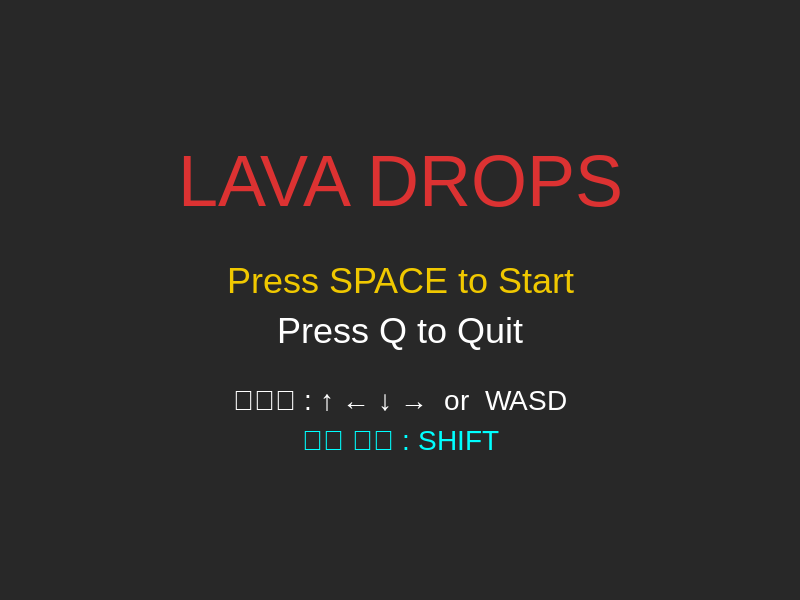
Repository: oyoeys/20260188
Script's output: python lavadrops.py
The author's editor kept a copy of each file at every save. The script's output is drawn from the files as they stood at one save, then again after the next save.
The window is shown after at most 60 frames with no key pressed. A system font it names is replaced by a similar one. Random numbers start from a fixed seed.

Above is the script's output before, as saved 2026-04-08 20:10:40.

### lavadrops.py
import pygame
import random
import sys
import math

pygame.init()

def get_korean_font(size):
    candidates = ["malgungothic", "applegothic", "nanumgothic", "notosanscjk"]
    for name in candidates:
        font = pygame.font.SysFont(name, size)
        if font.get_ascent() > 0:
            return font
    return pygame.font.SysFont(None, size)

# 전역 변수로 개발자 모드 상태 관리
dev_mode = False

# 기본 해상도 기준점
DEFAULT_WIDTH, DEFAULT_HEIGHT = 800, 600
WIDTH, HEIGHT = DEFAULT_WIDTH, DEFAULT_HEIGHT
FPS = 60

# --- 게임 상수 ---
PLAYER_SPEED = 5
INVINCIBLE_FRAMES = 90
SCORE_PER_LEVEL = 20

# --- 레이저 설정 ---
LASER_WARNING_DURATION = 60
LASER_ACTIVE_DURATION = 20
MAX_ACTIVE_LASERS = 3
LASER_THICKNESS = 30
LASER_SPAWN_INTERVAL = 180

# --- 슬로우 게이지 설정 ---
MAX_SLOW_GAUGE = 90
SLOW_CONSUME_RATE = 1
SLOW_RECHARGE_RATE = 0.5
SLOW_TIME_MULTIPLIER = 0.3

# --- 페이즈 구간 설정 ---
PHASE_MID_THRESHOLD = 50
PHASE_LATE_THRESHOLD = 100
PHASE_LAST_THRESHOLD = 200
PHASE_ENDLESS_THRESHOLD = 400

WHITE  = (255, 255, 255)
BLACK  = (0,   0,   0)
BLUE   = (50,  120, 220)
RED    = (220, 50,  50)
YELLOW = (240, 200, 0)
GRAY   = (40,  40,  40)
CYAN   = (0,   255, 255)
GREEN  = (0,   255, 0)

screen = pygame.display.set_mode((WIDTH, HEIGHT), pygame.RESIZABLE)
pygame.display.set_caption("Lava Drops - Dev Edition")
clock = pygame.time.Clock()

font = get_korean_font(36)
font_big = get_korean_font(72)
font_small = get_korean_font(28)

LEVELS = [
    {"min_speed": 3, "max_speed": 5,  "spawn": 40, "label": "Lv.1"},
    {"min_speed": 5, "max_speed": 8,  "spawn": 25, "label": "Lv.2"},
    {"min_speed": 7, "max_speed": 12, "spawn": 15, "label": "Lv.3"},
]

PLAYER_W, PLAYER_H = 40, 40
ENEMY_W,  ENEMY_H  = 30, 30

# --- 메인 메뉴 화면 ---
def main_menu():
    global screen, dev_mode
    input_seq = ""  # 입력된 키 시퀀스 저장
    secret_code = "whtjdals"

    while True:
        screen.fill(GRAY)
        cx = screen.get_width() // 2
        cy = screen.get_height() // 2

        title_text = font_big.render("LAVA DROPS", True, RED)
        start_text = font.render("Press SPACE to Start", True, YELLOW)
        quit_text = font.render("Press Q to Quit", True, WHITE)

        move_text = font_small.render("이동기 : ↑ ← ↓ →  or  WASD", True, WHITE)
        dodge_text = font_small.render("시간 감속 : SHIFT", True, CYAN)

        screen.blit(title_text, title_text.get_rect(center=(cx, cy - 120)))
        screen.blit(start_text, start_text.get_rect(center=(cx, cy - 20)))
        screen.blit(quit_text, quit_text.get_rect(center=(cx, cy + 30)))
        screen.blit(move_text, move_text.get_rect(center=(cx, cy + 100)))
        screen.blit(dodge_text, dodge_text.get_rect(center=(cx, cy + 140)))

        # 개발자 모드 활성화 표시
        if dev_mode:
            dev_hint = font_small.render("[DEV MODE ACTIVE]", True, GREEN)
            screen.blit(dev_hint, (10, screen.get_height() - 40))

        pygame.display.flip()
        clock.tick(FPS)

        for e in pygame.event.get():
            if e.type == pygame.QUIT:
                return "QUIT"
            if e.type == pygame.VIDEORESIZE:
                screen = pygame.display.set_mode((e.w, e.h), pygame.RESIZABLE)
            if e.type == pygame.KEYDOWN:
                # 시퀀스 입력 감지
                char = e.unicode.lower()
                if char in secret_code:
                    input_seq += char
                    if secret_code in input_seq:
                        dev_mode = True
                        input_seq = "" # 초기화
                else:
                    input_seq = ""

                if e.key == pygame.K_SPACE:
                    return "START"
                if e.key == pygame.K_q:
                    return "QUIT"

def draw_hud(surface, display_score, level_cfg, lives, current_phase):
    surface.blit(font.render(f"Score: {display_score}", True, WHITE), (10, 10))

    phase_text = ""
    if current_phase == 4: phase_text = " [ENDLESS]"
    elif current_phase == 3: phase_text = " [LAST PHASE]"
    elif current_phase == 2: phase_text = " [LATE PHASE]"
    elif current_phase == 1: phase_text = " [MID PHASE]"

    surface.blit(font.render(f"{level_cfg['label']}{phase_text}", True, YELLOW), (10, 40))

    # 개발자 모드 표시
    if dev_mode:
        dev_txt = font_small.render("DEV", True, GREEN)
        surface.blit(dev_txt, (10, 80))

    lives_text = font.render(f"Lives: {'♥ ' * lives}", True, RED)
    lives_rect = lives_text.get_rect(topright=(surface.get_width() - 20, 10))
    surface.blit(lives_text, lives_rect)

def game_over_screen(display_score):
    global screen
    while True:
        screen.fill(GRAY)
        cx = screen.get_width() // 2
        cy = screen.get_height() // 2

        go_text = font_big.render("GAME OVER", True, RED)
        score_text = font.render(f"Score: {display_score}", True, WHITE)
        restart_text = font.render("R: Restart   Q: Main Menu", True, WHITE)

        screen.blit(go_text, go_text.get_rect(center=(cx, cy - 60)))
        screen.blit(score_text, score_text.get_rect(center=(cx, cy + 10)))
        screen.blit(restart_text, restart_text.get_rect(center=(cx, cy + 60)))
        pygame.display.flip()
        clock.tick(FPS)

        for e in pygame.event.get():
            if e.type == pygame.QUIT: return "QUIT"
            if e.type == pygame.VIDEORESIZE:
                screen = pygame.display.set_mode((e.w, e.h), pygame.RESIZABLE)
            if e.type == pygame.KEYDOWN:
                if e.key == pygame.K_r: return "RESTART"
                if e.key == pygame.K_q: return "MENU"

def main():
    global screen, dev_mode
    player_x = float(screen.get_width() // 2 - PLAYER_W // 2)
    player_y = float(screen.get_height() - 60)
    player = pygame.Rect(int(player_x), int(player_y), PLAYER_W, PLAYER_H)

    enemies = []
    score = 0.0
    lives = 3
    level_idx = 0
    level_cfg = LEVELS[level_idx]
    invincible = 0
    last_phase = 0

    v_spawn_timer = 0.0
    h_spawn_timer = 0.0
    b_spawn_timer = 0.0

    lasers = []
    laser_spawn_timer = 0.0

    slow_gauge = float(MAX_SLOW_GAUGE)
    is_slow_overheated = False

    shake_timer = 0
    shake_magnitude = 0

    while True:
        clock.tick(FPS)
        sw, sh = screen.get_width(), screen.get_height()

        for e in pygame.event.get():
            if e.type == pygame.QUIT:
                return "QUIT"
            elif e.type == pygame.VIDEORESIZE:
                screen = pygame.display.set_mode((e.w, e.h), pygame.RESIZABLE)
            if e.type == pygame.KEYDOWN:
                # 개발자 모드 전용 치트: 1 누르면 점수 +20
                if dev_mode and e.key == pygame.K_1:
                    score += 20

        display_score = int(score)
        width_ratio = max(0.1, sw / DEFAULT_WIDTH)
        height_ratio = max(0.1, sh / DEFAULT_HEIGHT)

        level_idx = min(display_score // SCORE_PER_LEVEL, len(LEVELS) - 1)
        level_cfg = LEVELS[level_idx]

        current_phase = 0
        if display_score >= PHASE_ENDLESS_THRESHOLD: current_phase = 4
        elif display_score >= PHASE_LAST_THRESHOLD: current_phase = 3
        elif display_score >= PHASE_LATE_THRESHOLD: current_phase = 2
        elif display_score >= PHASE_MID_THRESHOLD: current_phase = 1

        if current_phase > last_phase:
            last_phase = current_phase
            enemies.clear()
            lasers.clear()
            shake_timer = 60
            shake_magnitude = 30

        is_phase_mid = current_phase >= 1
        is_phase_late = current_phase >= 2
        is_phase_last = current_phase >= 3
        is_phase_endless = current_phase >= 4

        keys = pygame.key.get_pressed()
        shift_held = keys[pygame.K_LSHIFT] or keys[pygame.K_RSHIFT] or pygame.mouse.get_pressed()[2]
        is_slow_active = False

        if shift_held and not is_slow_overheated and slow_gauge > 0:
            is_slow_active = True
            slow_gauge -= SLOW_CONSUME_RATE
            if slow_gauge <= 0:
                slow_gauge = 0
                is_slow_overheated = True
        else:
            slow_gauge = min(MAX_SLOW_GAUGE, slow_gauge + SLOW_RECHARGE_RATE)
            if is_slow_overheated and slow_gauge >= MAX_SLOW_GAUGE:
                is_slow_overheated = False

        time_mult = SLOW_TIME_MULTIPLIER if is_slow_active else 1.0

        # 플레이어 이동
        if pygame.mouse.get_pressed()[0]:
            mx, my = pygame.mouse.get_pos()
            dx, dy = mx - (player_x + PLAYER_W/2), my - (player_y + PLAYER_H/2)
            dist = math.hypot(dx, dy)
            if dist > PLAYER_SPEED:
                player_x += (dx/dist) * PLAYER_SPEED
                player_y += (dy/dist) * PLAYER_SPEED
        else:
            if keys[pygame.K_LEFT] or keys[pygame.K_a]:  player_x -= PLAYER_SPEED
            if keys[pygame.K_RIGHT] or keys[pygame.K_d]: player_x += PLAYER_SPEED
            if keys[pygame.K_UP] or keys[pygame.K_w]:    player_y -= PLAYER_SPEED
            if keys[pygame.K_DOWN] or keys[pygame.K_s]:  player_y += PLAYER_SPEED

        player_x = max(0, min(sw - PLAYER_W, player_x))
        player_y = max(0, min(sh - PLAYER_H, player_y))
        player.topleft = (int(player_x), int(player_y))

        endless_speed_bonus = (display_score - PHASE_ENDLESS_THRESHOLD) * 0.05 if is_phase_endless else 0

        # 스폰 로직
        if shake_timer <= 0:
            v_spawn_timer += time_mult
            base_v_spawn = level_cfg["spawn"]
            if is_phase_last: base_v_spawn *= 4
            elif is_phase_late: base_v_spawn *= 2
            target_v_spawn = max(1, int(base_v_spawn / width_ratio))

            if v_spawn_timer >= target_v_spawn:
                v_spawn_timer = 0
                x = random.randint(0, sw - ENEMY_W)
                speed = (random.randint(level_cfg["min_speed"], level_cfg["max_speed"]) + endless_speed_bonus)
                if is_phase_late: speed *= 0.5
                enemies.append({"rect": pygame.Rect(x, -ENEMY_H, ENEMY_W, ENEMY_H), "exact_x": float(x), "exact_y": float(-ENEMY_H), "speed_x": 0, "speed_y": speed, "score_value": 1.0 / width_ratio})

            if is_phase_late:
                h_spawn_timer += time_mult
                target_h_spawn = max(1, int(level_cfg["spawn"] * 2 / height_ratio))
                if h_spawn_timer >= target_h_spawn:
                    h_spawn_timer = 0
                    y = random.randint(0, sh - ENEMY_H)
                    speed = (random.randint(level_cfg["min_speed"], level_cfg["max_speed"]) + endless_speed_bonus) * 0.7
                    if random.choice([True, False]):
                        enemies.append({"rect": pygame.Rect(-ENEMY_W, y, ENEMY_W, ENEMY_H), "exact_x": float(-ENEMY_W), "exact_y": float(y), "speed_x": speed, "speed_y": 0, "score_value": 1.0 / height_ratio})
                    else:
                        enemies.append({"rect": pygame.Rect(sw, y, ENEMY_W, ENEMY_H), "exact_x": float(sw), "exact_y": float(y), "speed_x": -speed, "speed_y": 0, "score_value": 1.0 / height_ratio})

            if is_phase_last:
                b_spawn_timer += time_mult
                target_b_spawn = max(1, int(level_cfg["spawn"] * 2 / width_ratio))
                if b_spawn_timer >= target_b_spawn:
                    b_spawn_timer = 0
                    x = random.randint(0, sw - ENEMY_W)
                    speed = (random.randint(level_cfg["min_speed"], level_cfg["max_speed"]) + endless_speed_bonus) * 0.6
                    enemies.append({"rect": pygame.Rect(x, sh, ENEMY_W, ENEMY_H), "exact_x": float(x), "exact_y": float(sh), "speed_x": 0, "speed_y": -speed, "score_value": 1.0 / width_ratio})

            if is_phase_mid:
                laser_spawn_timer += time_mult
                if laser_spawn_timer >= LASER_SPAWN_INTERVAL and len(lasers) < MAX_ACTIVE_LASERS:
                    laser_spawn_timer = 0
                    if random.choice([True, False]):
                        ly = random.randint(0, sh - LASER_THICKNESS)
                        lasers.append({"state": "WARNING", "rect": pygame.Rect(-500, ly, 3000, LASER_THICKNESS), "timer": LASER_WARNING_DURATION})
                    else:
                        lx = random.randint(0, sw - LASER_THICKNESS)
                        lasers.append({"state": "WARNING", "rect": pygame.Rect(lx, -500, LASER_THICKNESS, 3000), "timer": LASER_WARNING_DURATION})

        # 적 이동 및 레이저 갱신
        for enemy in enemies:
            enemy["exact_x"] += enemy["speed_x"] * time_mult
            enemy["exact_y"] += enemy["speed_y"] * time_mult
            enemy["rect"].topleft = (int(enemy["exact_x"]), int(enemy["exact_y"]))

        updated_lasers = []
        for laser in lasers:
            laser["timer"] -= time_mult
            if laser["state"] == "WARNING" and laser["timer"] <= 0:
                laser["state"] = "ACTIVE"; laser["timer"] = LASER_ACTIVE_DURATION
            if laser["timer"] > 0: updated_lasers.append(laser)
        lasers = updated_lasers

        # 충돌 처리
        if invincible > 0: invincible -= 1
        elif shake_timer <= 0:
            collision = any(player.colliderect(e["rect"]) for e in enemies) or \
                        any(l["state"] == "ACTIVE" and player.colliderect(l["rect"]) for l in lasers)
            if collision:
                lives -= 1; invincible = INVINCIBLE_FRAMES
                enemies.clear(); lasers.clear()
                slow_gauge = float(MAX_SLOW_GAUGE); is_slow_overheated = False
                if lives <= 0: return game_over_screen(display_score)

        # 화면 밖 적 제거 및 점수 획득
        survived = []
        for e in enemies:
            if 0 <= e["rect"].x <= sw and -ENEMY_H <= e["rect"].y <= sh: survived.append(e)
            else: score += e["score_value"]
        enemies = survived

        # 그리기
        canvas = pygame.Surface((sw, sh)); canvas.fill(GRAY)
        for l in lasers:
            if l["state"] == "WARNING":
                pygame.draw.rect(canvas, RED, l["rect"], 3)
                canvas.blit(font.render('!', True, RED), l["rect"].center)
            else: pygame.draw.rect(canvas, RED, l["rect"])

        if (invincible // 10) % 2 == 0: pygame.draw.rect(canvas, BLUE, player)

        if shift_held or slow_gauge < MAX_SLOW_GAUGE or is_slow_overheated:
            g_color = CYAN if not is_slow_overheated else (255, 128, 0)
            g_rect = pygame.Rect(player.centerx-40, player.centery-40, 80, 80)
            pygame.draw.arc(canvas, WHITE, g_rect, -math.pi/2, 3*math.pi/2, 2)
            pygame.draw.arc(canvas, g_color, g_rect, -math.pi/2, -math.pi/2 + (slow_gauge/MAX_SLOW_GAUGE)*(2*math.pi), 6)

        for e in enemies: pygame.draw.rect(canvas, RED, e["rect"])
        if is_slow_active:
            overlay = pygame.Surface((sw, sh), pygame.SRCALPHA); overlay.fill((0, 100, 200, 40))
            canvas.blit(overlay, (0, 0))

        draw_hud(canvas, int(score), level_cfg, lives, current_phase)
        if shake_timer > 0:
            screen.fill(BLACK)
            screen.blit(canvas, (random.randint(-int(shake_magnitude), int(shake_magnitude)), random.randint(-int(shake_magnitude), int(shake_magnitude))))
            shake_timer -= 1; shake_magnitude = max(0, shake_magnitude - 0.5)
        else: screen.blit(canvas, (0, 0))
        pygame.display.flip()

if __name__ == "__main__":
    state = "MENU"
    while True:
        if state == "MENU":
            action = main_menu()
            if action == "QUIT": break
            state = "PLAY"
        elif state == "PLAY":
            action = main()
            if action == "QUIT": break
            state = "MENU" if action == "MENU" else "PLAY"
    pygame.quit()

After the next save:
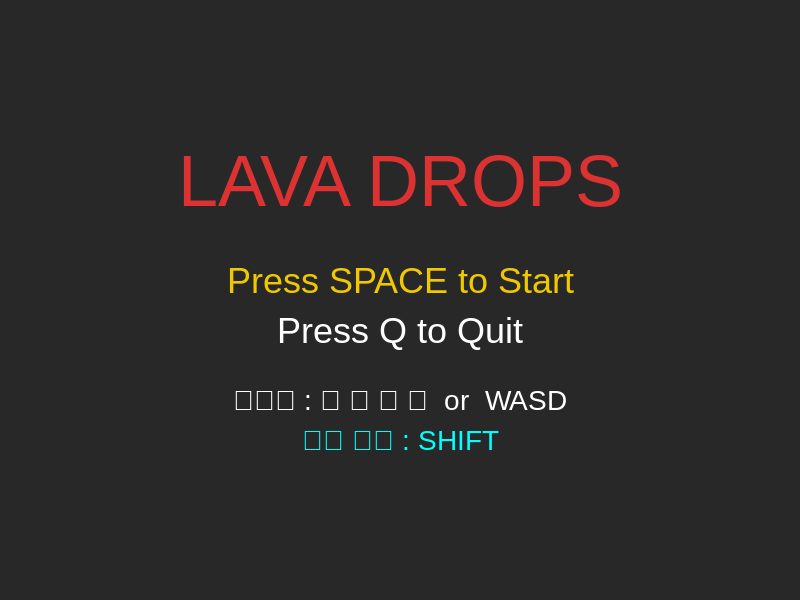
Saved 2 min 23 s later.
--- a/lavadrops.py
+++ b/lavadrops.py
@@ -28,7 +28,7 @@ SCORE_PER_LEVEL = 20
 
 # --- 레이저 설정 ---
 LASER_WARNING_DURATION = 60
-LASER_ACTIVE_DURATION = 20
+LASER_ACTIVE_DURATION = 40     # 기존 20에서 40으로 2배 추가 증가
 MAX_ACTIVE_LASERS = 3
 LASER_THICKNESS = 30
 LASER_SPAWN_INTERVAL = 180
@@ -86,7 +86,8 @@ def main_menu():
         start_text = font.render("Press SPACE to Start", True, YELLOW)
         quit_text = font.render("Press Q to Quit", True, WHITE)
 
-        move_text = font_small.render("이동기 : ↑ ← ↓ →  or  WASD", True, WHITE)
+        # 조작법 텍스트 (화살표 기호를 글자로 변경)
+        move_text = font_small.render("이동기 : 상 하 좌 우  or  WASD", True, WHITE)
         dodge_text = font_small.render("시간 감속 : SHIFT", True, CYAN)
 
         screen.blit(title_text, title_text.get_rect(center=(cx, cy - 120)))
